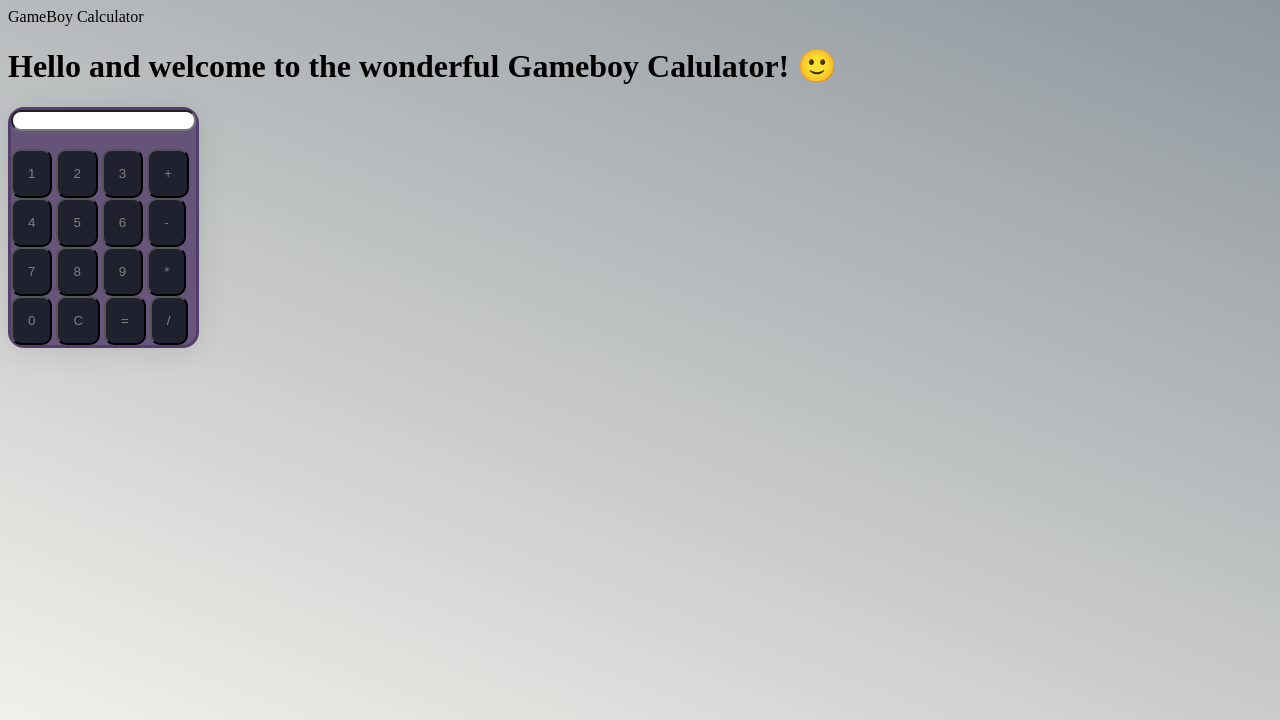
Repository: CrazyPaine/GameBoy-Calculator
Page: index.html
An editor plug-in stored every save of this project. The page is shown before and after the next save, followed by the edit.
The browser window is 1280 px wide. The pictures show the whole page.

Above is the page before, as saved 2024-02-02 15:47:20.

### index.html
<!DOCTYPE html>
<html lang="en">
<head>
    <meta charset="UTF-8">
    <meta name="viewport" content="width=device-width, initial-scale=1.0">
    <link rel="stylesheet" type="text/css" href="css/styles.css"
    <title>GameBoy Calculator</title>
</head>

<body>
    <h1 class = "Intro">Hello and welcome to the wonderful Gameboy Calulator! &#128578;</h1>

    <div class = 'calculator'>
        <input type="text"id="display" readonly>
       <br>
            <button onclick="appendToDisplay('1')" class = "button">1</button>
            <button onclick="appendToDisplay('2')" class = "button">2</button>
            <button onclick="appendToDisplay('3')" class = "button">3</button>
            <button onclick="appendToDisplay('+')" class = "button">+</button>
            <br>
            <button onclick="appendToDisplay('4')" class = "button">4</button>
            <button onclick="appendToDisplay('5')" class = "button">5</button>
            <button onclick="appendToDisplay('6')" class = "button">6</button>
            <button onclick="appendToDisplay('-')" class = "button">-</button>
            <br>
            <button onclick="appendToDisplay('7')" class = "button">7</button>
            <button onclick="appendToDisplay('8')" class = "button">8</button>
            <button onclick="appendToDisplay('9')" class = "button">9</button>
            <button onclick="appendToDisplay('*')" class = "button">*</button>
            <br>
            <button onclick="appendToDisplay('0')" class = "button">0</button>
            <button onclick="clearDisplay()" class = "button">C</button>
            <button onclick="calculateResult()" class = "button">=</button>
            <button onclick="appendToDisplay('/')" class = "button">/</button>

    </div>




</body>
</html>

### css/styles.css
/******************************************
/* CSS
/*******************************************/


/* Box Model Hack */
* {
    box-sizing: border-box;
}



/******************************************
/* LAYOUT
/*******************************************/
html {
    height: 100%;
}

title {
    text-align: left;
    font-size: 5px;
}

body {
    background: rgb(143, 151, 157);
        background: linear-gradient(201deg, rgba(143, 151, 157, 1) 0%, rgba(242, 240, 235, 1) 100%);
}

#display{
    border-radius: 10px;
    display: flex;
    align-items:center;

}

.calculator {
    border: 3px solid #533D6B;
    border-radius: 10px;
    width:fit-content;
    background: rgba(83, 61, 107, 0.83);
    border-radius: 16px;
    box-shadow: 0 4px 30px rgba(0, 0, 0, 0.1);
    backdrop-filter: blur(2.7px);
    -webkit-backdrop-filter: blur(2.7px);
}

.button {
    background-color: #20212e;
    border-radius: 10px;
    color: #808080;
    padding: 15px;
    min-height: fit-content;
    max-width: fit-content;
}


img {
    display: block;
    margin: 0 auto;
    width: 25%;
}


/******************************************
/* ADDITIONAL STYLES
/*******************************************/

After the next save:
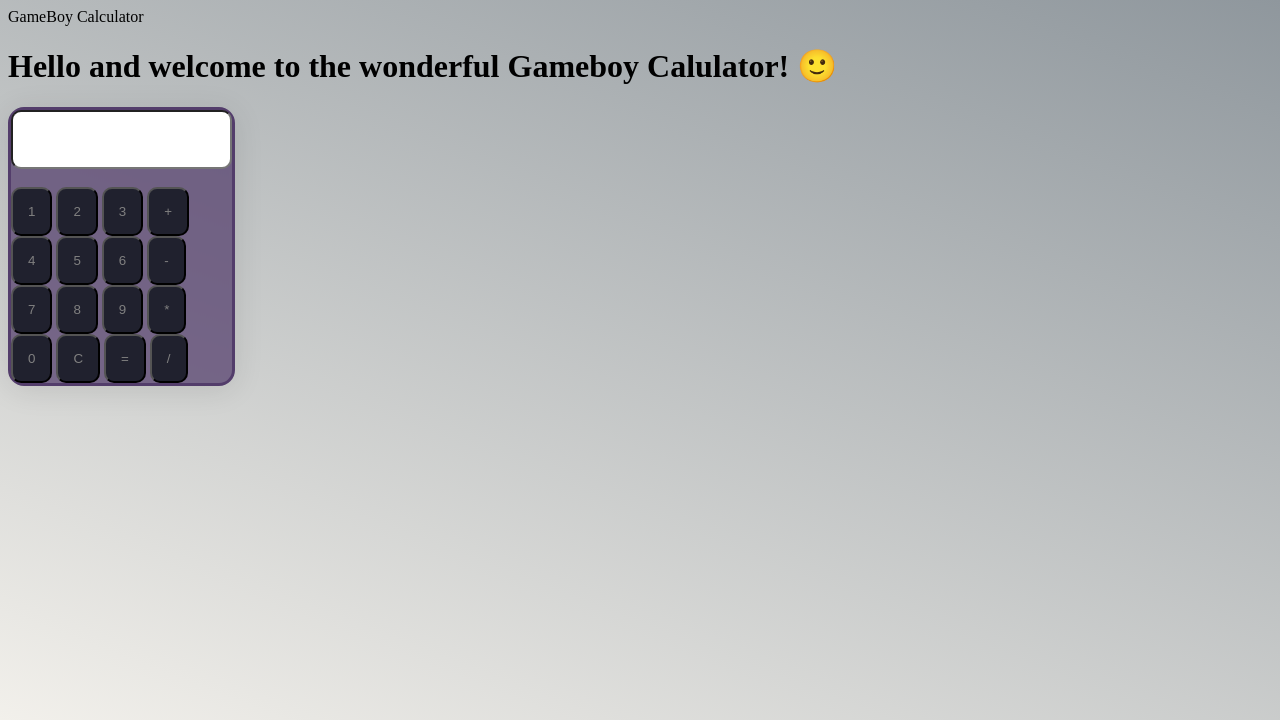
Saved 10 min 52 s later.
--- a/css/styles.css
+++ b/css/styles.css
@@ -31,14 +31,14 @@ body {
     border-radius: 10px;
     display: flex;
     align-items:center;
-
+    padding: 20px;
 }
 
 .calculator {
     border: 3px solid #533D6B;
     border-radius: 10px;
     width:fit-content;
-    background: rgba(83, 61, 107, 0.83);
+    background: rgba(83, 61, 107, 0.73);
     border-radius: 16px;
     box-shadow: 0 4px 30px rgba(0, 0, 0, 0.1);
     backdrop-filter: blur(2.7px);
